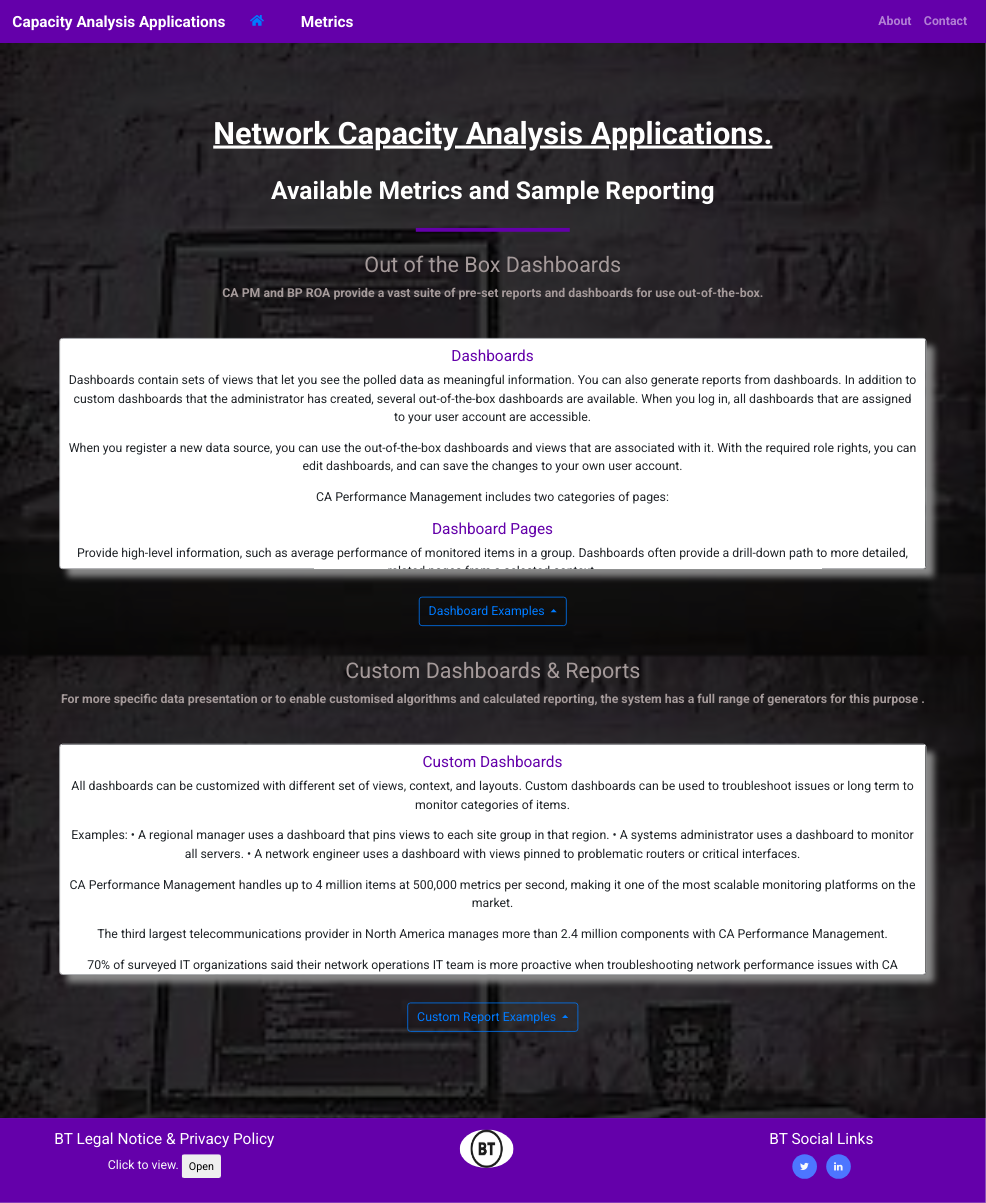
Repository: Mofarrell1967/Application-Manager
Page: metrics.html
The author's editor kept a record of every edit. The page is drawn from the files as they stood at one moment, then again after the next edit.
The browser window is 1280 px wide. The pictures show the whole page, at 77% of full size.
Backgrounds fixed to the window are drawn as part of the page. Some web libraries are served in a nearby version.

Above is the page before.

After the next edit:
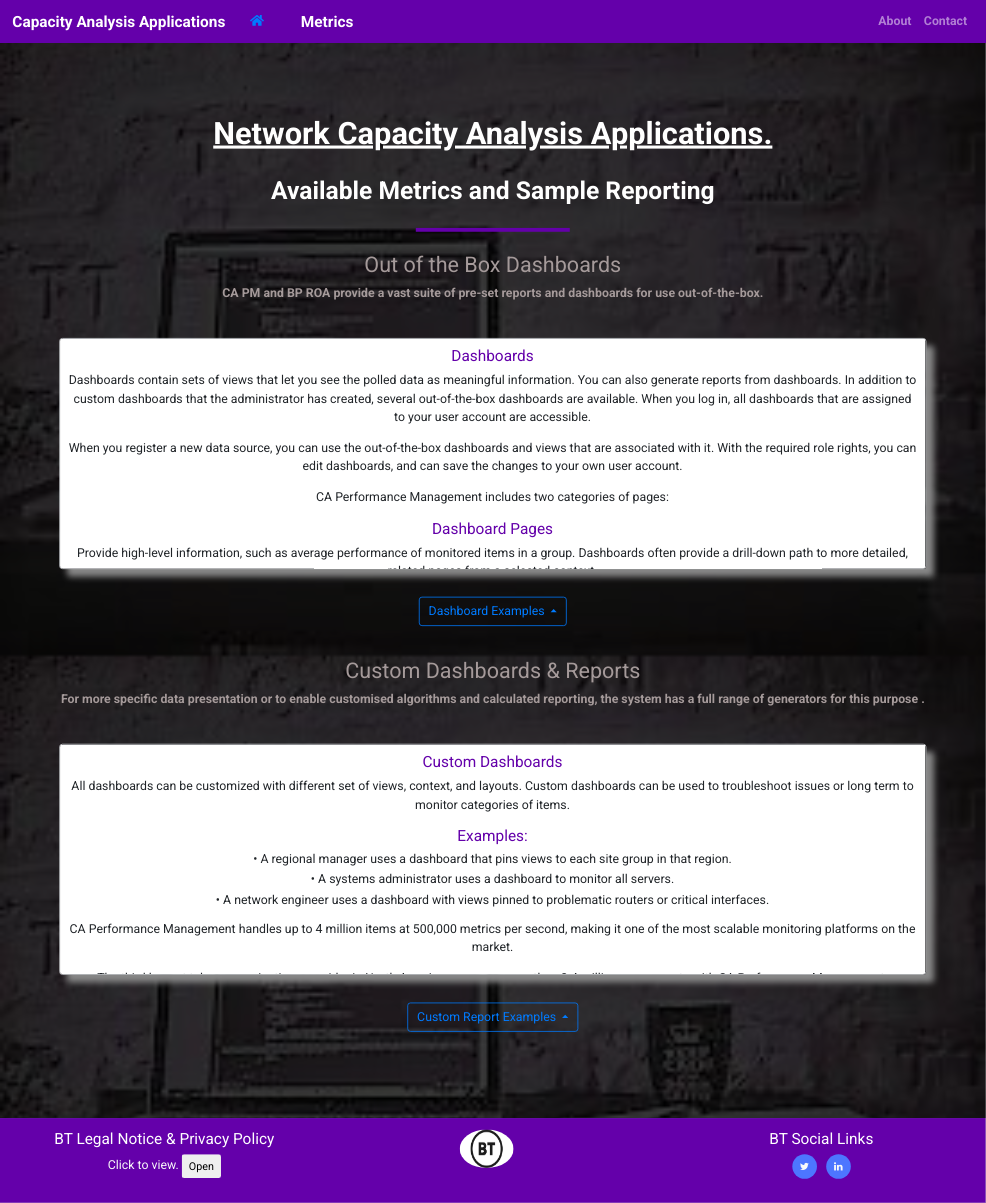
The edit:
--- a/metrics.html
+++ b/metrics.html
@@ -111,10 +111,10 @@
                                 <h5>Custom Dashboards</h5>
 
                                 <p>All dashboards can be customized with different set of views, context, and layouts. Custom dashboards can be used to troubleshoot issues or long term to monitor categories of items.</p>
-                                <p>Examples:
-                                    •	A regional manager uses a dashboard that pins views to each site group in that region.
-                                    •	A systems administrator uses a dashboard to monitor all servers.
-                                    •	A network engineer uses a dashboard with views pinned to problematic routers or critical interfaces.
+                                <h5>Examples:</h5>
+                                    <h6>•	A regional manager uses a dashboard that pins views to each site group in that region.</h6>
+                                    <h6>•	A systems administrator uses a dashboard to monitor all servers.</h6>
+                                    <h6>•	A network engineer uses a dashboard with views pinned to problematic routers or critical interfaces.</h6>
 
                                 </p>
                                 <p>CA Performance Management handles up to 4 million items at 500,000 metrics per second, making it one of the most scalable monitoring platforms on the market.</p>
